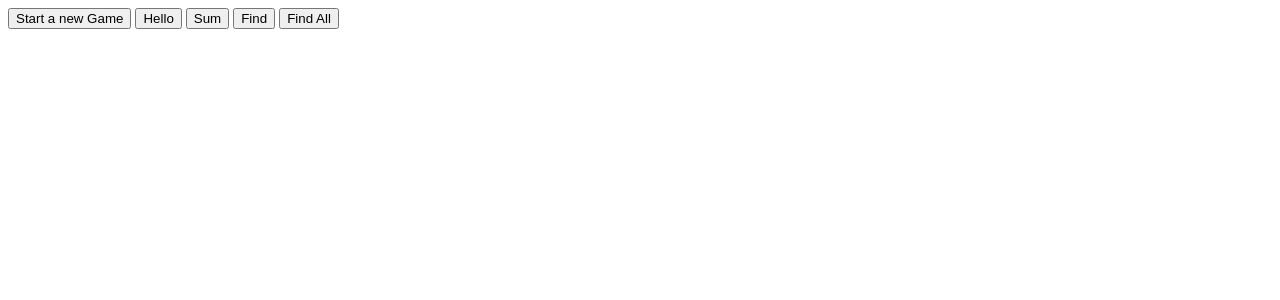
Repository: J2EEBeliever/ISA681_Poker2
Page: http://localhost/StrutsAjax/
These files come from the project's save history. The page is drawn as it stood at one moment and after the next save; the edit follows.
The browser window is 1280 px wide. The pictures show the whole page.
The page is served by Tomcat 9. Nobody is signed in. The application's start-up code is not run.

Above is the page before, as saved 2015-12-02 22:13:59.

After the next save:
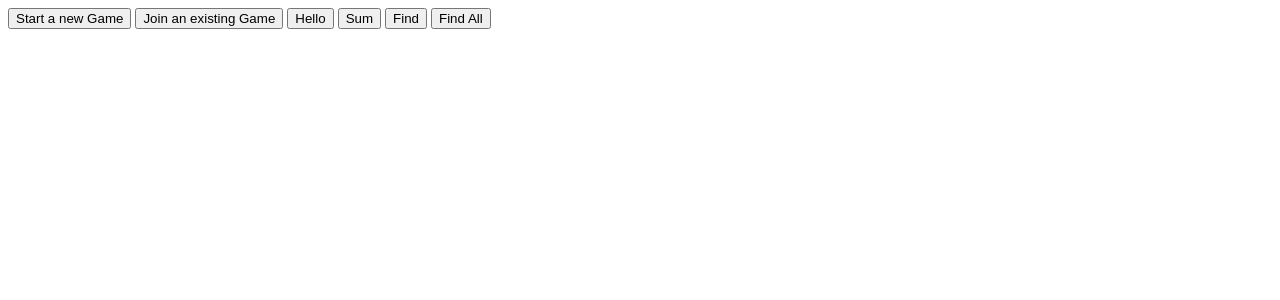
Saved 62 s later.
--- a/SOURCE/StrutsAjax/WebContent/index.jsp
+++ b/SOURCE/StrutsAjax/WebContent/index.jsp
@@ -163,6 +163,7 @@ $(document).ready(function() {
 <body onload_bk "setTimeout(playerContent,5000)">
 
 	<input type="button" value="Start a new Game" id="buttonNewGame">
+	<input type="button" value="Join an existing Game" id="buttonJoinGame">
 
 
 	<input type="button" value="Hello" id="buttonHello">
